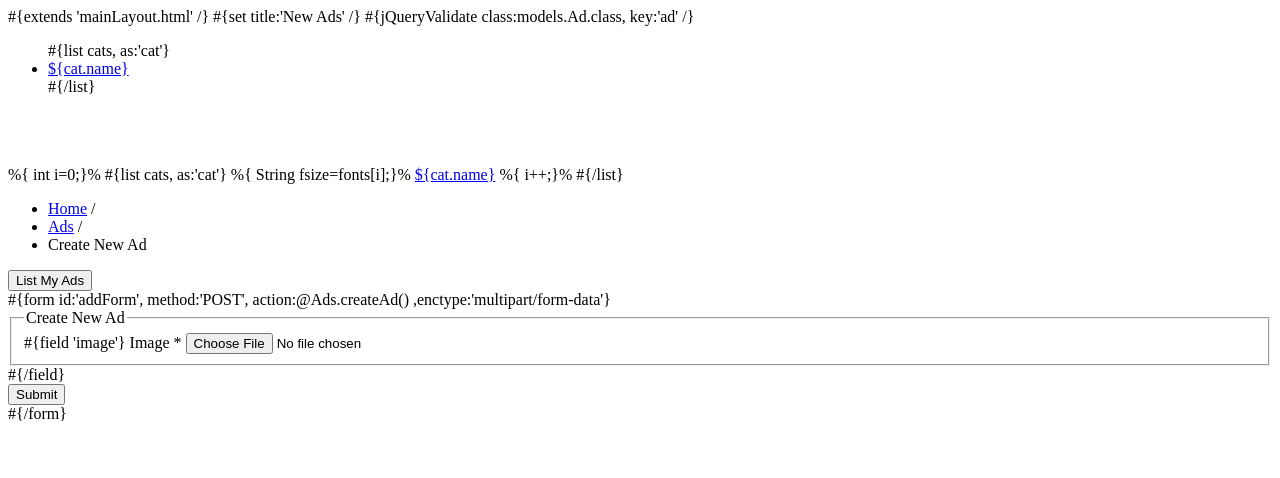
Repository: Maalejm/SEBA
Page: SlifeWebSite/app/views/Ads/newAd.html
These files come from the project's save history. The page is drawn as it stood at one moment and after the next save; the edit follows.
The browser window is 1280 px wide. The pictures show the whole page.

Above is the page before, as saved 2013-06-18 09:46:03.

### SlifeWebSite/app/views/Ads/newAd.html
#{extends 'mainLayout.html' /}
#{set title:'New Ads' /}


#{jQueryValidate class:models.Ad.class, key:'ad' /}

 <div class="container-fluid">
            <div class="row-fluid">
                <div class="span2">

                    <ul class="nav nav-list">
                        #{list cats, as:'cat'}
                         <li
                         %{ if(cat.id==1) { }%
                          class="active"
                         %{ } }%
                         ><a class="catNav" href="${cat.id}">${cat.name}</a></li>
                        #{/list}

                    </ul>

                    <div>
                    <br/>
                    <br/>
                    <br/>

                    %{ int i=0;}%
                    #{list cats, as:'cat'}
                       %{ String fsize=fonts[i];}%
                       <span style="font-size:${fsize}px;"><a class="catNav" href="${cat.id}">${cat.name}</a></span>
                      %{ i++;}%
                    #{/list}
                    </div>
                    <!--Sidebar content-->
                </div>
                <div class="span10">
                    <ul class="breadcrumb">
                        <li><a href="#">Home</a> <span class="divider">/</span></li>
                        <li><a href="#">Ads</a> <span class="divider">/</span></li>
                        <li class="active">Create New Ad</li>
                    </ul>

                    <div class="btn-group">
                        <button class="btn">List My Ads</button>
                    </div>




                    #{form id:'addForm', method:'POST', action:@Ads.createAd() ,enctype:'multipart/form-data'}
                        <fieldset>
                            <legend>Create New Ad</legend>
                            <!-- #{ifErrors}
								<div class="error">
   									 <h2>Oops, please correct these errors</h2>
								</div>
							#{/ifErrors}
 -->
                             <!-- #{field 'ad.category.id'}
        						<div class="field">
            					<label for="${field.id}">Category * : </label>
            					<select id="${field.id}"  name="${field.name}" class="span5 ${field.errorClass}" >

                                #{list cats, as:'cat'}
                                <option value="${cat.id}">${cat.name}</option>
                    		    #{/list}
                          	  </select>

						 	 </div>
      					   #{/field}
							#{field 'ad.headline'}
                            <label for="${field.id}" >Head line *</label>
                             <input id="${field.id}" value="${field.value}"  name="${field.name}" class="span5 ${field.errorClass}" type="text" class="span5" placeholder="Descripe your ad">

                            #{/field}
                            #{field 'ad.address'}
                            <label for="${field.id}" >Address *</label>
                             <input id="${field.id}" value="${field.value}"  name="${field.name}" class="span5 ${field.errorClass}" type="text" class="span5" placeholder="Type an address here">

                            #{/field}

                            #{field 'ad.link'}
                            <label for="${field.id}" >URL *</label>
                             <div class=" input-prepend">
                                    <span class="add-on">http://</span>
                             <input id="${field.id}" value="${field.value}"  name="${field.name}" class="input_text ${field.errorClass}" type="text" class="span5" placeholder="Type an address here">
                             </div>

                            #{/field}
                            -->

                            #{field 'image'}
                            <label for="${field.id}" >Image *</label>

                             <!--  <div class="fileupload fileupload-new" data-provides="fileupload">
  								<div class="input-append">
   								 <div class="uneditable-input span3"><i class="icon-file fileupload-exists">
   								 </i> <span class="fileupload-preview"></span></div><span class="btn btn-file">
   								 <span class="fileupload-new">Select file</span>
   								 <span class="fileupload-exists">Change</span>
   								 <input type="file" id="${field.id}" value="${field.value}"  name="${field.name}" class="${field.errorClass}" /></span><a href="#" class="btn fileupload-exists" data-dismiss="fileupload">Remove</a>


  								</div> -->
  								<input type="file" id="photo" name="photo" />
							</div>


                            #{/field}


                            <!--  #{field 'ad.description'}
                            <label for="${field.id}" >Details *</label>
                                <textarea rows="6"  id="${field.id}"   name="${field.name}" class="input_textarea ${field.errorClass}">${field.value}</textarea>

                            #{/field} -->

                                  <br/>



                                  <div class="form-actions">
                                      <input type="submit" class="btn btn-primary"/>

                                  </div>
                        </fieldset>
                    #{/form}



                    <!--Body content-->
                </div>
            </div>
        </div>

After the next save:
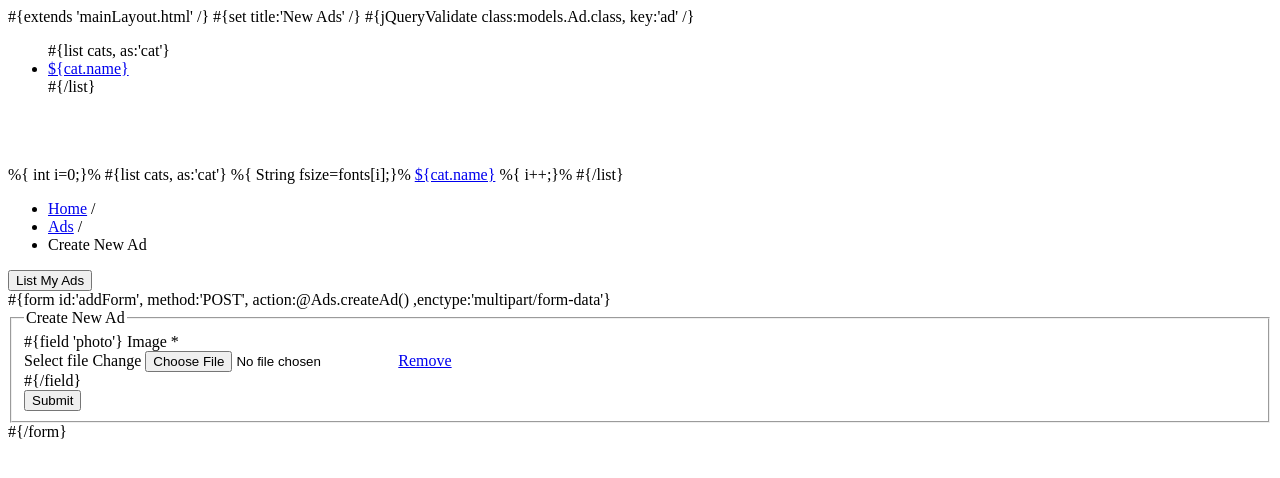
Saved 55 s later.
--- a/SlifeWebSite/app/views/Ads/newAd.html
+++ b/SlifeWebSite/app/views/Ads/newAd.html
@@ -89,10 +89,10 @@
                             #{/field}
                             -->
 
-                            #{field 'image'}
+                            #{field 'photo'}
                             <label for="${field.id}" >Image *</label>
 
-                             <!--  <div class="fileupload fileupload-new" data-provides="fileupload">
+                             <div class="fileupload fileupload-new" data-provides="fileupload">
   								<div class="input-append">
    								 <div class="uneditable-input span3"><i class="icon-file fileupload-exists">
    								 </i> <span class="fileupload-preview"></span></div><span class="btn btn-file">
@@ -101,8 +101,8 @@
    								 <input type="file" id="${field.id}" value="${field.value}"  name="${field.name}" class="${field.errorClass}" /></span><a href="#" class="btn fileupload-exists" data-dismiss="fileupload">Remove</a>
 
 
-  								</div> -->
-  								<input type="file" id="photo" name="photo" />
+  								</div>
+
 							</div>
 
 
